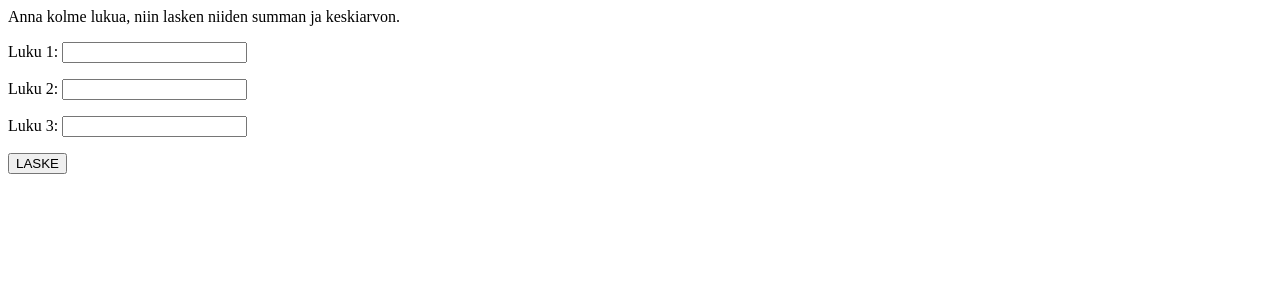
Repository: koodaajakige/knykanen
Page: public_html/be/kolmelukua.html
The author's editor kept a copy of each file at every save. The page is drawn from the files as they stood at one save, then again after the next save.
The browser window is 1280 px wide. The pictures show the whole page.

Above is the page before, as saved 2022-10-15 13:47:50.

### public_html/be/kolmelukua.html
<head></head>
    <meta charset="UTF-8">
</head>
<body>

<p>Anna kolme lukua, niin lasken niiden summan ja keskiarvon.</p>
<form action="kolmelukua.php" method="GET">

    <p>Luku 1: <input type="text" name="luku1"></p>
    <p>Luku 2: <input type="text" name="luku2"></p>
    <p>Luku 3: <input type="text" name="luku3"></p>
    <input type="submit" value="LASKE">
</form>
</body>

After the next save:
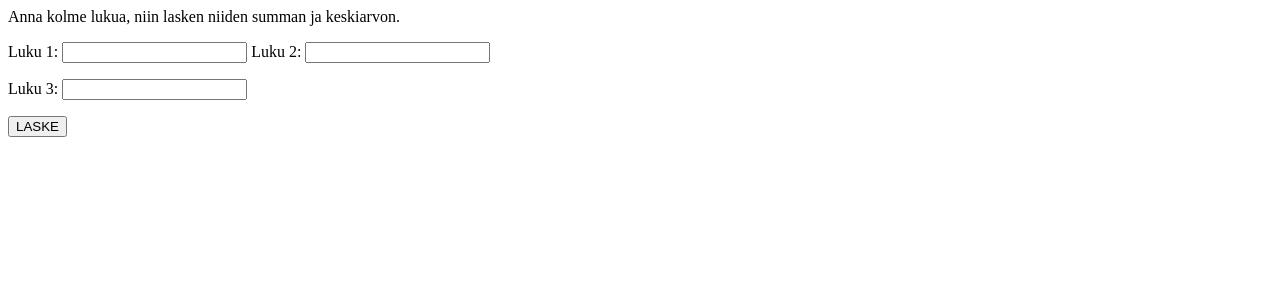
Saved 24 s later.
--- a/public_html/be/kolmelukua.html
+++ b/public_html/be/kolmelukua.html
@@ -6,8 +6,8 @@
 <p>Anna kolme lukua, niin lasken niiden summan ja keskiarvon.</p>
 <form action="kolmelukua.php" method="GET">
 
-    <p>Luku 1: <input type="text" name="luku1"></p>
-    <p>Luku 2: <input type="text" name="luku2"></p>
+    <p>Luku 1: <input type="text" name="luku1">
+    Luku 2: <input type="text" name="luku2"></p>
     <p>Luku 3: <input type="text" name="luku3"></p>
     <input type="submit" value="LASKE">
 </form>

After the save that followed:
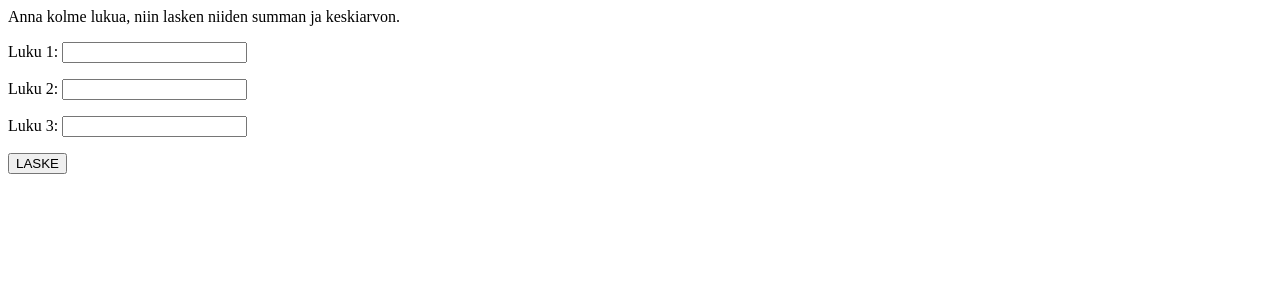
Saved 18 s later.
--- a/public_html/be/kolmelukua.html
+++ b/public_html/be/kolmelukua.html
@@ -6,8 +6,8 @@
 <p>Anna kolme lukua, niin lasken niiden summan ja keskiarvon.</p>
 <form action="kolmelukua.php" method="GET">
 
-    <p>Luku 1: <input type="text" name="luku1">
-    Luku 2: <input type="text" name="luku2"></p>
+    <p>Luku 1: <input type="text" name="luku1"></p>
+    <p>Luku 2: <input type="text" name="luku2"></p>
     <p>Luku 3: <input type="text" name="luku3"></p>
     <input type="submit" value="LASKE">
 </form>
